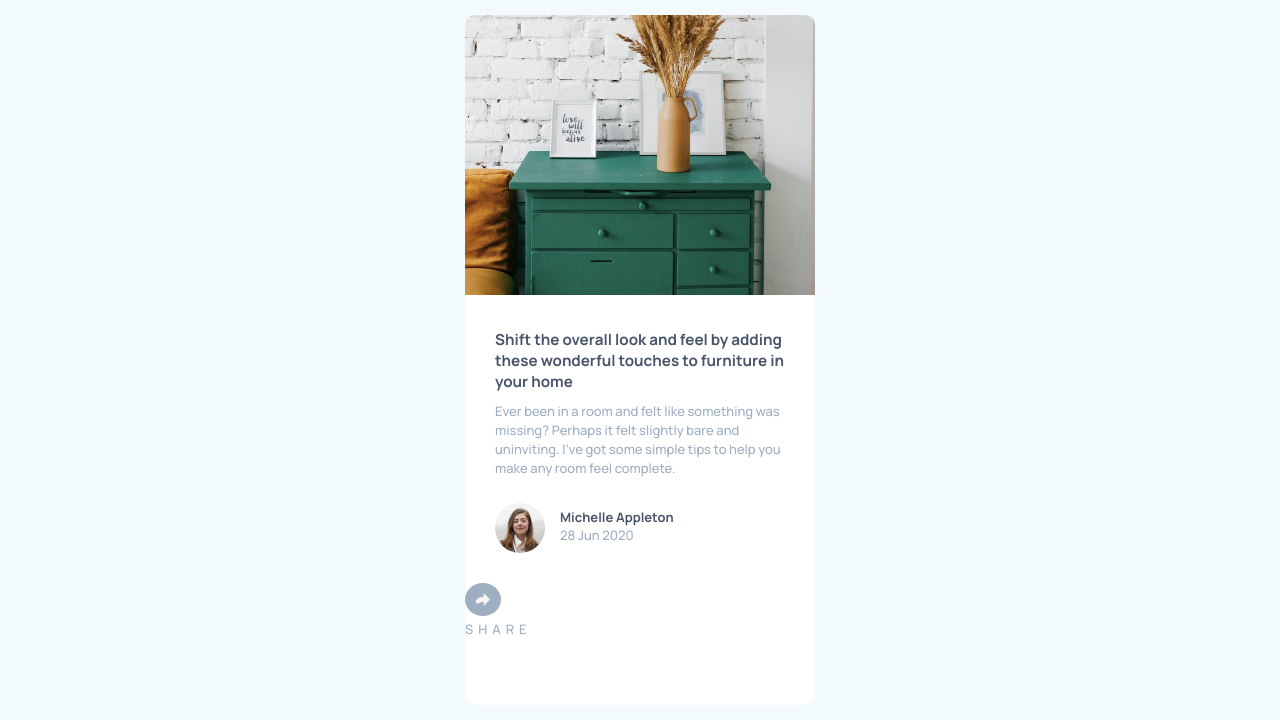
Repository: ellenliao95/frontend-mentor-solution
Page: article-preview-component-master/index.html
An editor plug-in stored every save of this project. The page is shown before and after the next save, followed by the edit.
The browser window is 1280 px wide. The pictures show the whole page.

Above is the page before, as saved 2023-03-21 15:03:08.

### article-preview-component-master/index.html
<!DOCTYPE html>
<html lang="en">
<head>
  <meta charset="UTF-8">
  <meta name="viewport" content="width=device-width, initial-scale=1.0"> <!-- displays site properly based on user's device -->

<!-- fonts style -->
  <link rel="preconnect" href="https://fonts.googleapis.com">
  <link rel="preconnect" href="https://fonts.gstatic.com" crossorigin>
  <link href="https://fonts.googleapis.com/css2?family=Manrope:wght@500;700&display=swap" rel="stylesheet">

  <link rel="icon" type="image/png" sizes="32x32" href="./images/favicon-32x32.png">

  <title>Frontend Mentor | Article preview component</title>

  <link rel="stylesheet" href="index.css">
</head>
<body>
  <div class="all-container">
    <article>
      <picture>
        <source media="(min-width: 375px)" srcset="images/drawers.jpg">
        <img src="images/drawers.jpg" alt="" class="drawers-img">
      </picture>
    </article>

    <div class="container">
      <div>
        <h3>
          Shift the overall look and feel by adding these wonderful
          touches to furniture in your home
        </h3>
        <p>
          Ever been in a room and felt like something was missing? Perhaps it felt slightly bare and uninviting. I’ve got some simple tips to help you make any room feel complete.
        </p>
      </div>

      <div class="head-card">
        <img src="images/avatar-michelle.jpg" alt="me" class="head-img">
        <ul class="head-text">
          <li id="name">Michelle Appleton</li>
          <li>28 Jun 2020</li>
        </ul>
      </div>
    </div>
    <footer>
      <div>
        <a href="#">
          <img
            src="images/icon-share.svg"
            alt="Share-icon"
            class="share">
        </a>
        <ul class="share-dtl">
          <li>
            <p>SHARE</p>
          </li>
          <li>
            <a href="#">
              <img
              src="images/icon-facebook.svg"
              alt="Facebook-icon">
            </a>
          </li>
          <li>
            <a href="#">
              <img
              src="images/icon-twitter.svg"
              alt="twitter-icon">
            </a>
          </li>
          <li>
            <a href="#">
              <img
              src="images/icon-pinterest.svg"
              alt="pinterest-icon">
            </a>
          </li>
        </ul>
      </div>
    </footer>
</div>
</body>
</html>

### article-preview-component-master/index.css
.attribution {
    font-size: 11px; text-align: center;
}
.attribution a {
    color: hsl(228, 45%, 44%);
}

*{
    box-sizing: border-box;
    margin: 0%;
    padding: 0%;

}
body{
    min-height: 100vh;
    background: rgba(235, 248, 252, 0.625);
    Font-size: 13px;
    font-family: 'Manrope', sans-serif;
    width: 350px;
    align-items: center;
    margin: 0 auto;
    display: grid;
    place-content: center;

}
ul{
    list-style: none;
}
h3, #name{
    color: hsl(217, 19%, 35%);
    font-weight: 700;
}
p, li{
    color: hsl(212, 23%, 69%);
    font-weight: 500;
}
.all-container{
    background-color: white;
    border-radius: 10px;
}
.drawers-img{
    max-width: 100%;
    border-top-right-radius: 10px;
    border-top-left-radius:
    10px;

}
.container{
    background-color: white;
    padding: 30px 30px;
}
.container p{
    margin: 10px 0 25px 0;
    line-height: 1.2rem;
    font-weight: 500;
}
.share{
    background: hsl(212, 23%, 69%);
    padding: 10px;
    border-radius: 50%;
    z-index: 10;
}
/* head care */
.head-card{
    display: flex;
}
.head-img{
    border-radius: 50%;
    width: 50px;
    height: 50px;
}
.head-text{
    margin: 5px 15px;
}

.share-dtl:hover{
    background-color: hsl(217, 19%, 35%);
    display: flex;
    justify-content: space-around;
    padding: 20px;
    border-bottom-right-radius: 10px;
    border-bottom-left-radius: 10px;

}
.share-dtl p{
    letter-spacing: 5px;
}

### article-preview-component-master/images/icon-share.svg
<svg xmlns="http://www.w3.org/2000/svg" width="16" height="13"><path fill="whitesmoke" d="M15 6.495L8.766.014V3.88H7.441C3.33 3.88 0 7.039 0 10.936v2.049l.589-.612C2.59 10.294 5.422 9.11 8.39 9.11h.375v3.867L15 6.495z"/></svg>

After the next save:
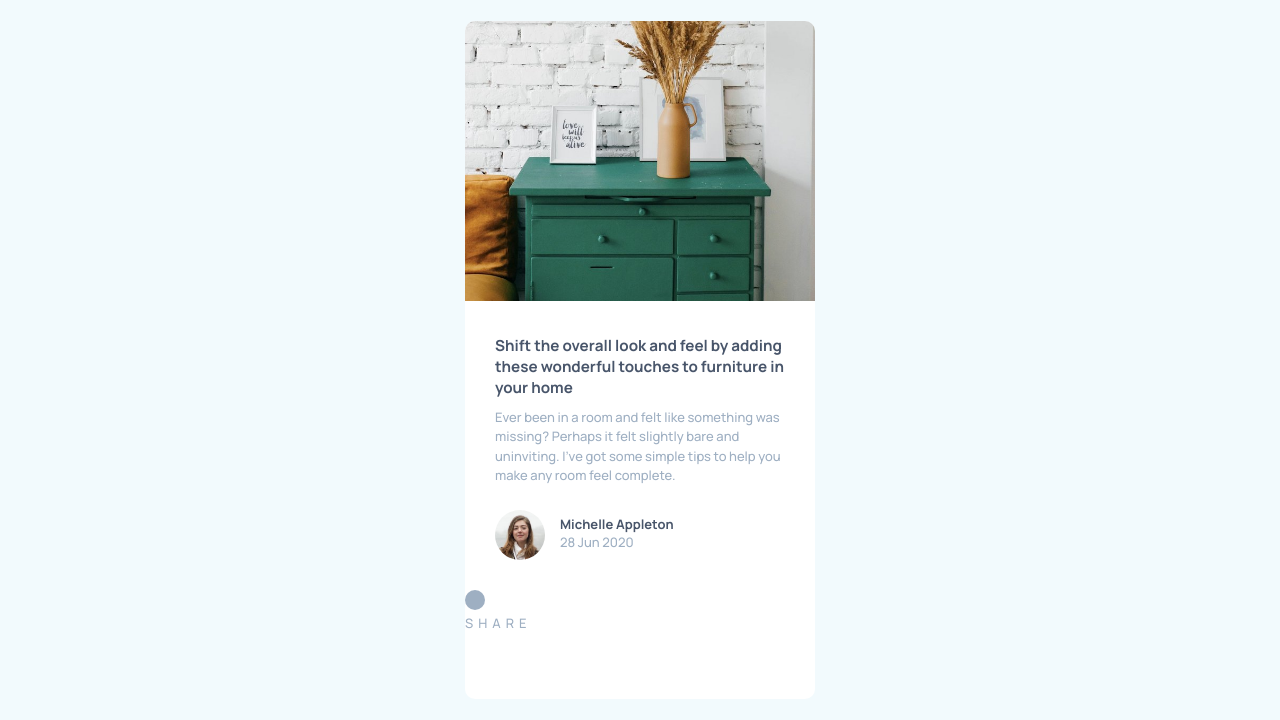
Saved 27 s later.
--- a/article-preview-component-master/index.css
+++ b/article-preview-component-master/index.css
@@ -56,6 +56,8 @@
 }
 .share{
     background: hsl(212, 23%, 69%);
+    width: 10px;
+    height: 10px;
     padding: 10px;
     border-radius: 50%;
     z-index: 10;
